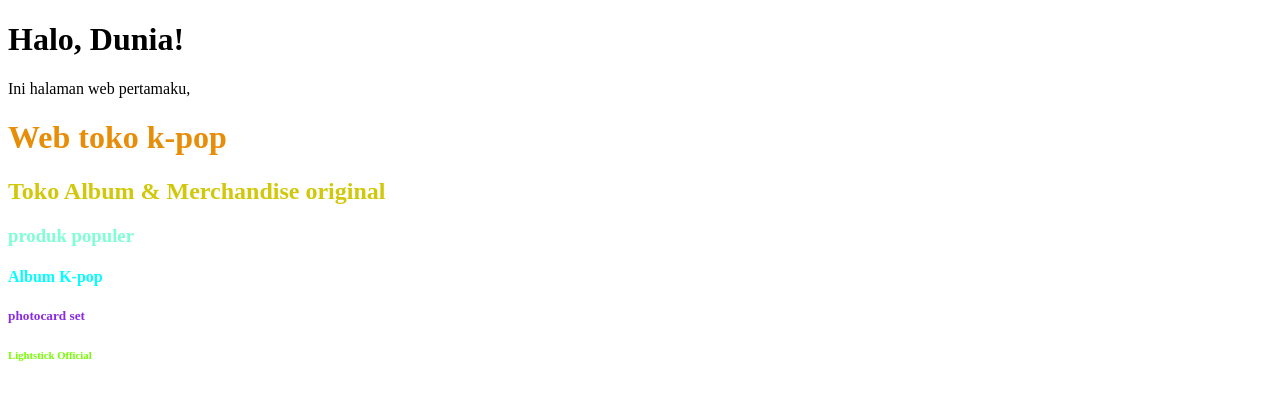
Repository: sekartazivi/241552010020-Web-Application-Development
Page: test.html
These files come from the project's save history. The page is drawn as it stood at one moment and after a run of saves; the edit follows.
The browser window is 1280 px wide. The pictures show the whole page.

Above is the page before, as saved 2026-02-20 08:39:37.

After the next 2 saves:
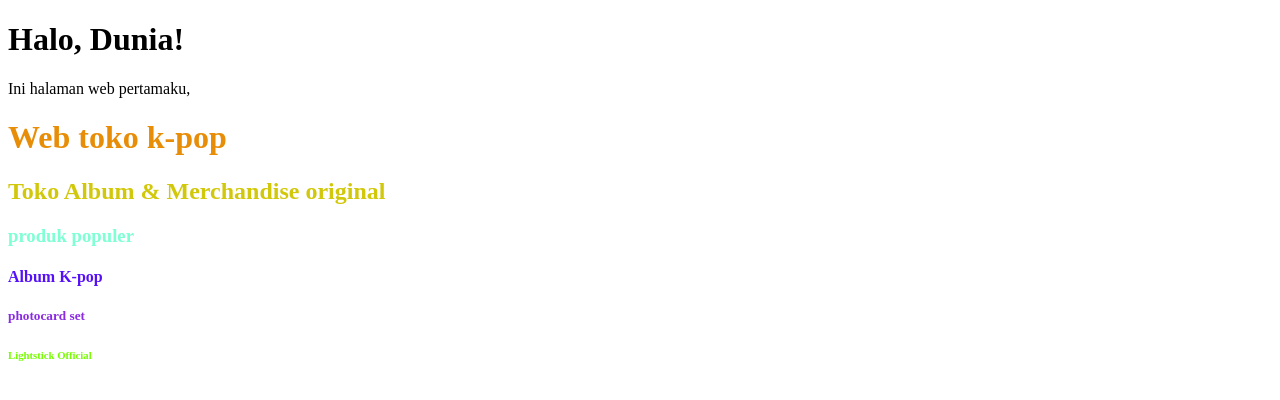
The 2 saves are shown as one change because they came seconds apart.
The last was saved 22 s later.
--- a/test.html
+++ b/test.html
@@ -11,7 +11,7 @@
     <h1 style="color: rgb(231, 141, 8);">Web toko k-pop</h1>
     <h2 style="color: rgb(210, 200, 11);">Toko Album & Merchandise original</h2>
     <h3 style="color: aquamarine;" >produk populer</h3>
-    <h4 style="color: aqua;" >Album K-pop</h4>
+    <h4 style="color: rgb(86, 16, 247);" >Album K-pop</h4>
     <h5 style="color: blueviolet;">photocard set</h5>
     <h6 style="color: rgb(119, 255, 0);">Lightstick Official</h6>
 </body>
